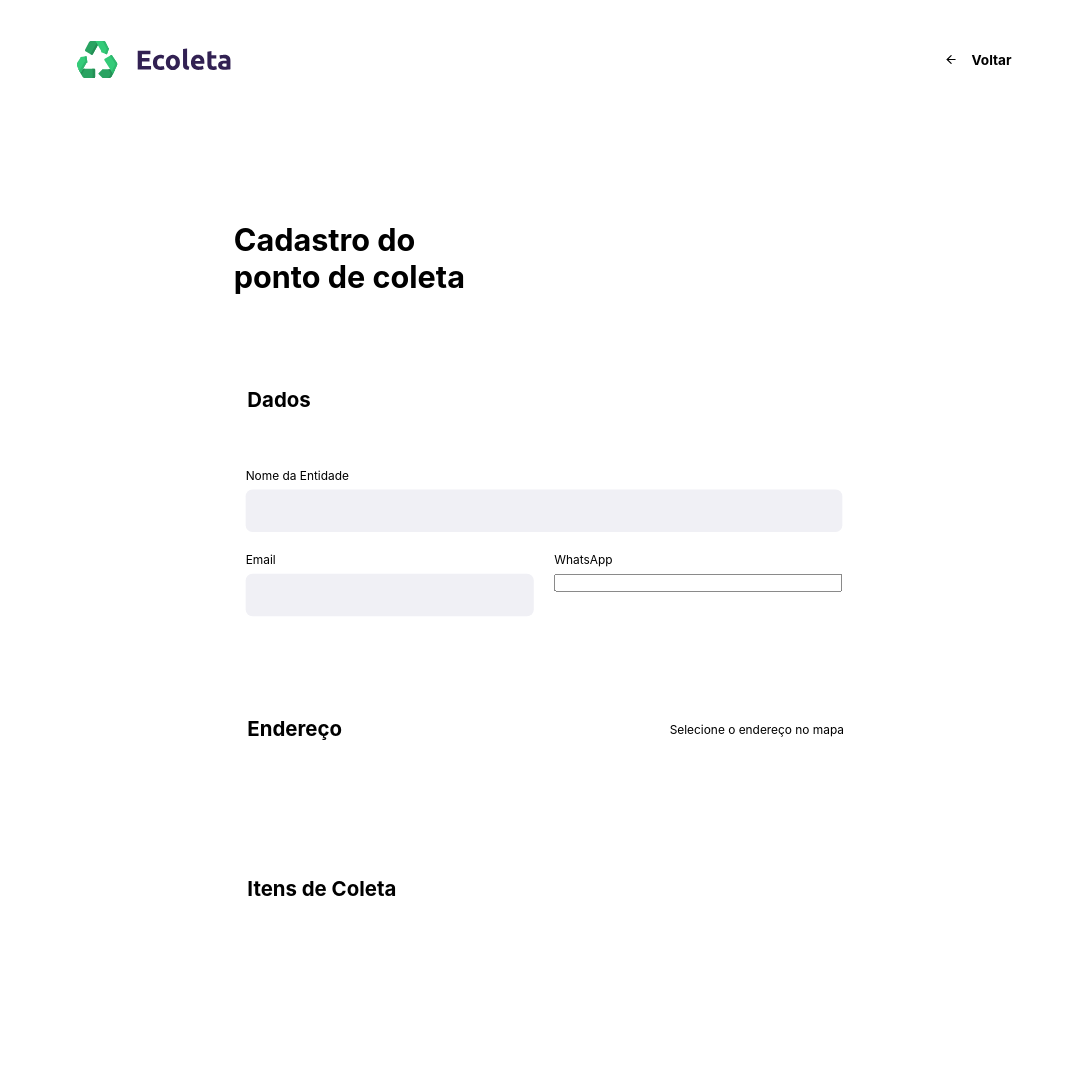
Repository: johnnedemoraesrocha/nlw-o1
Page: /create-point (app in web/)
An editor plug-in stored every save of this project. The page is shown before and after the next save, followed by the edit.
The browser window is 1280 px wide. The pictures show the whole page, at 85% of full size.
The project was rebuilt for these pictures with package versions that can differ from the ones it lists, and the page was loaded fresh each time. Also part of the build but not shown: web/src/App.css, web/src/pages/Home/Home.css, web/src/pages/Home/index.tsx.

Above is the page before, as saved 2020-06-03 22:45:56.

### web/public/index.html
<!DOCTYPE html>
<html lang="en">
  <head>
    <meta charset="utf-8" />
    <link rel="icon" href="%PUBLIC_URL%/favicon.ico" />
    <meta name="viewport" content="width=device-width, initial-scale=1" />
    <meta name="theme-color" content="#34CB79" />
    <meta
      name="description"
      content="Web site created using create-react-app"
    />
    <link rel="apple-touch-icon" href="%PUBLIC_URL%/logo192.png" />
    <!--
      manifest.json provides metadata used when your web app is installed on a
      user's mobile device or desktop. See https://developers.google.com/web/fundamentals/web-app-manifest/
    -->
    <!--<link rel="manifest" href="%PUBLIC_URL%/manifest.json" />-->
    <!--
      Notice the use of %PUBLIC_URL% in the tags above.
      It will be replaced with the URL of the `public` folder during the build.
      Only files inside the `public` folder can be referenced from the HTML.

      Unlike "/favicon.ico" or "favicon.ico", "%PUBLIC_URL%/favicon.ico" will
      work correctly both with client-side routing and a non-root public URL.
      Learn how to configure a non-root public URL by running `npm run build`.
    -->
    <title>Ecoleta</title>
  </head>
  <body>
    <noscript>You need to enable JavaScript to run this app.</noscript>
    <div id="root"></div>

  </body>
</html>

### web/src/App.tsx
import React, { useState } from 'react';
//import ReactDOM from 'react-dom';
import logo from './logo.svg';
import './App.css';

//import Header from './Header';
import Routes from './routes';

function App() {

  return (
    <div>
      <Routes  />
    </div>
  );
}

export default App;

### web/src/routes.tsx
import React from 'react';
import { Route, BrowserRouter } from 'react-router-dom';

import Home from './pages/Home';
import CreatePoint from './pages/CreatePoint';

const Routes = () => {
    return (
        <BrowserRouter>
            <Route component={Home} path="/" exact/>
            <Route component={CreatePoint} path="/create-point"/>
        </BrowserRouter>
    )
}
export default Routes;

### web/src/pages/CreatePoint/index.tsx
import React from 'react';
import { Link } from 'react-router-dom';
import { FiArrowLeft } from 'react-icons/fi';

import './CreatePoint.css';

import logo from '../../assets/logo.svg';

const CreatePoint = () => {
    return (
        <div id="page-create-point">
            <header>
                <img src={logo} alt="Ecoleta"></img>
                <Link to="/">
                    <FiArrowLeft />
                    Voltar
                </Link>
            </header>

            <form>
                <h1>Cadastro do <br/> ponto de coleta</h1>

                <fieldset>
                    <legend>
                        <h2>Dados</h2>
                    </legend>

                    <div className="field">
                        <label htmlFor="name">Nome da Entidade</label>
                        <input type="text" name="name" id="name" />
                    </div>

                    <div className="field-group">

                        <div className="field">
                            <label htmlFor="email">Email</label>
                            <input type="email" name="email" id="email" />
                        </div>

                        <div className="field">
                            <label htmlFor="whatsapp">WhatsApp</label>
                            <input type="tel" name="whatsapp" id="whatsapp" />
                        </div>

                    </div>
                </fieldset>

                <fieldset>
                    <legend>
                        <h2>Endereço</h2>
                        <span>Selecione o endereço  no mapa</span>
                    </legend>
                </fieldset>

                <fieldset>
                    <legend>
                        <h2>Itens de Coleta</h2>
                    </legend>
                </fieldset>
            </form>

        </div>
    )
}

export default CreatePoint;

### web/src/pages/CreatePoint/CreatePoint.css
#page-create-point {
  width: 100%;
  max-width: 1100px;

  margin: 0 auto;
}

#page-create-point header {
  margin-top: 48px;

  display: flex;
  justify-content: space-between;
  align-items: center;
}

#page-create-point header a {
  color: var(--title-color);
  font-weight: bold;
  text-decoration: none;

  display: flex;
  align-items: center;
}

#page-create-point header a svg {
  margin-right: 16px;
  color: var(--primary-color);
}

#page-create-point form {
  margin: 80px auto;
  padding: 64px;
  max-width: 730px;
  background: #FFF;
  border-radius: 8px;

  display: flex;
  flex-direction: column;
}

#page-create-point form h1 {
  font-size: 36px;
}

#page-create-point form fieldset {
  margin-top: 64px;
  min-inline-size: auto;
  border: 0;
}

#page-create-point form legend {
  width: 100%;
  display: flex;
  justify-content: space-between;
  align-items: center;
  margin-bottom: 40px;
}

#page-create-point form legend h2 {
  font-size: 24px;
}

#page-create-point form legend span {
  font-size: 14px;
  font-weight: normal;
  color: var(--text-color);
}

#page-create-point form .field-group {
  flex: 1;
  display: flex;
}

#page-create-point form .field {
  flex: 1;

  display: flex;
  flex-direction: column;
  margin-bottom: 24px;
}

#page-create-point form .field input[type=text],
#page-create-point form .field input[type=email],
#page-create-point form .field input[type=number] {
  flex: 1;
  background: #F0F0F5;
  border-radius: 8px;
  border: 0;
  padding: 16px 24px;
  font-size: 16px;
  color: #6C6C80;
}

#page-create-point form .field select {
  -webkit-appearance: none;
  -moz-appearance: none;
  appearance: none;
  flex: 1;
  background: #F0F0F5;
  border-radius: 8px;
  border: 0;
  padding: 16px 24px;
  font-size: 16px;
  color: #6C6C80;
}

#page-create-point form .field input::placeholder {
  color: #A0A0B2;
}

#page-create-point form .field label {
  font-size: 14px;
  margin-bottom: 8px;
}

#page-create-point form .field :disabled {
  cursor: not-allowed;
}

#page-create-point form .field-group .field + .field {
  margin-left: 24px;
}

#page-create-point form .field-group input + input {
  margin-left: 24px;
}

#page-create-point form .field-check {
  flex-direction: row;
  align-items: center;
}

#page-create-point form .field-check input[type=checkbox] {
  background: #F0F0F5;
}

#page-create-point form .field-check label {
  margin: 0 0 0 8px;
}

#page-create-point form .leaflet-container {
  width: 100%;
  height: 350px;
  border-radius: 8px;
  margin-bottom: 24px;
}

#page-create-point form button {
  width: 260px;
  height: 56px;
  background: var(--primary-color);
  border-radius: 8px;
  color: #FFF;
  font-weight: bold;
  font-size: 16px;
  border: 0;
  align-self: flex-end;
  margin-top: 40px;
  transition: background-color 0.2s;
  cursor: pointer;
}

#page-create-point form button:hover {
  background: #2FB86E;
}

.items-grid {
  display: grid;
  grid-template-columns: repeat(3, 1fr);
  gap: 16px;
  list-style: none;
}

.items-grid li {
  background: #f5f5f5;
  border: 2px solid #f5f5f5;
  height: 180px;
  border-radius: 8px;
  padding: 32px 24px 16px;

  display: flex;
  flex-direction: column;
  justify-content: space-between;
  align-items: center;

  text-align: center;

  cursor: pointer;
}

.items-grid li span {
  flex: 1;
  margin-top: 12px;

  display: flex;
  align-items: center;
  color: var(--title-color)
}

.items-grid li.selected {
  background: #E1FAEC;
  border: 2px solid #34CB79;
}

Loaded but not shown: web/src/index.tsx (common file); web/src/index.css (common file)

After the next save:
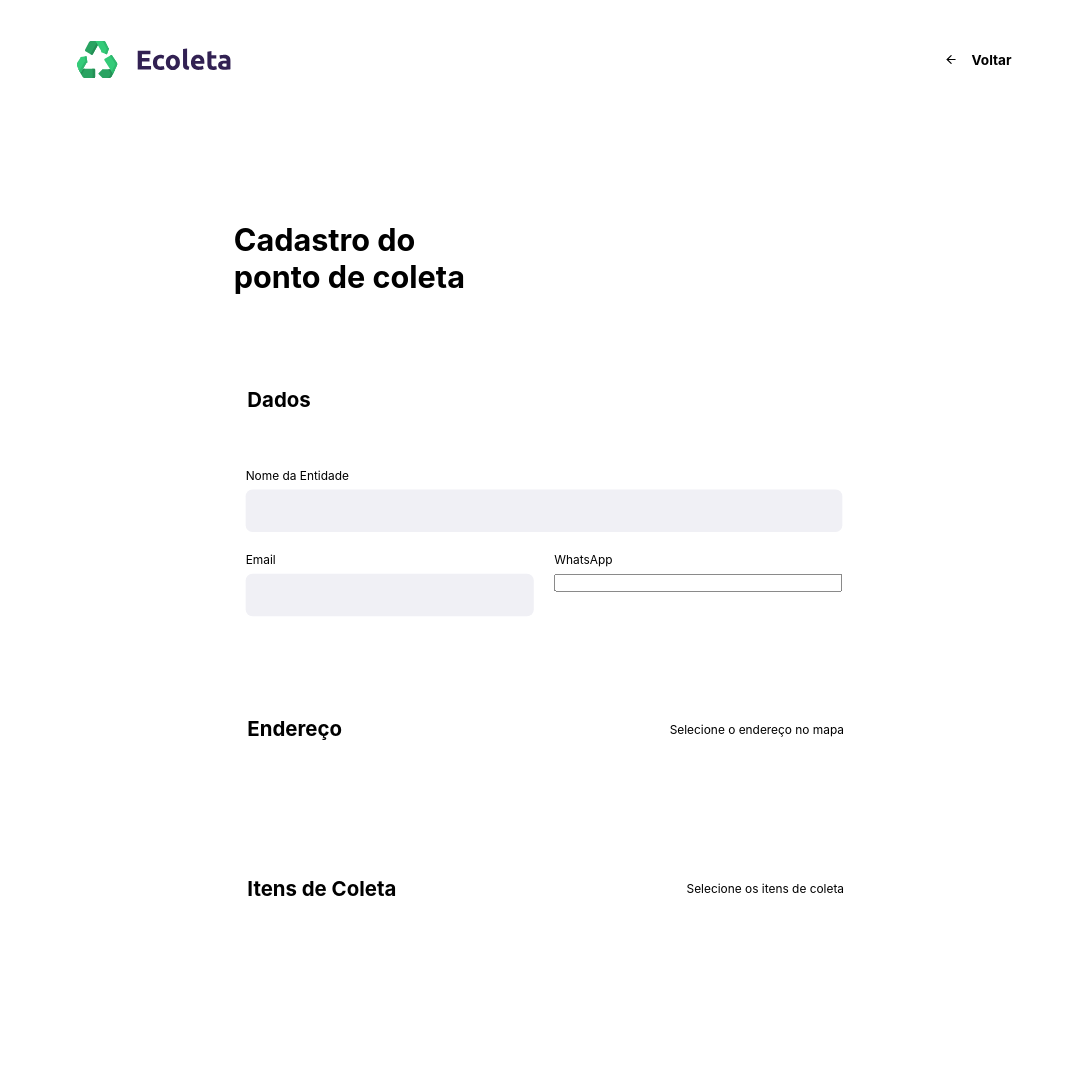
Saved 15 s later.
--- a/web/src/pages/CreatePoint/index.tsx
+++ b/web/src/pages/CreatePoint/index.tsx
@@ -55,6 +55,7 @@ const CreatePoint = () => {
                 <fieldset>
                     <legend>
                         <h2>Itens de Coleta</h2>
+                        <span>Selecione os itens de coleta</span>
                     </legend>
                 </fieldset>
             </form>
